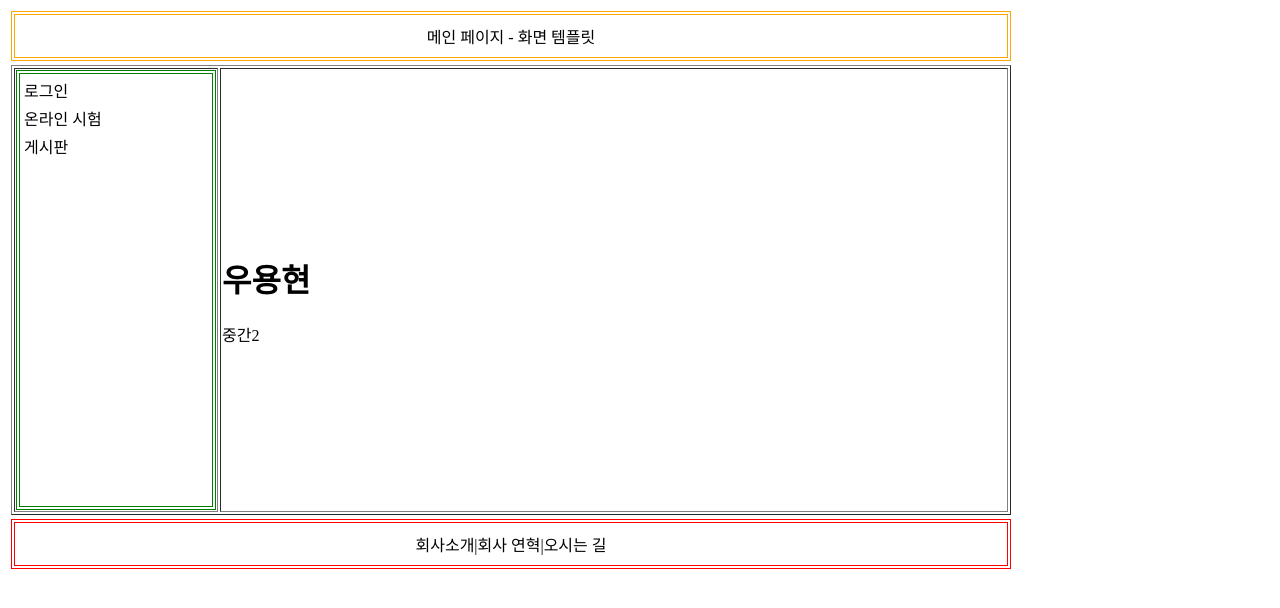
Repository: ikobean/ikoebean
Page: http://localhost/dev_jsp/ch07/index.jsp
An editor plug-in stored every save of this project. The page is shown before and after the next save, followed by the edit.
The browser window is 1280 px wide. The pictures show the whole page.
The page is served by Tomcat 9. Other server files are loaded and not shown.

Above is the page before, as saved 2019-07-17 02:39:09.

### workspace_jsp/dev_jsp/WebContent/ch07/index.jsp
<%@ page language="java" contentType="text/html; charset=UTF-8"
    pageEncoding="UTF-8"%>
<!DOCTYPE html>
<html>
<head>
<meta charset="UTF-8">
<title>Insert title here</title>
</head>
<body>
<table border=0 width="1000" height="500">
<!-- top 영억 -->
	<tr>
	<td height="50" >

	<jsp:include page="top.jsp" flush="false"/></td>
	</tr>
<!-- body 영억 -->
	<tr>
		<td>
			<table border=1 width="1000" height="400">
				<tr>
<!-- menu 영억 -->
					<td width="200" >
					<jsp:include page="menu.jsp" flush="false"/>

					</td>
<!-- main 영억 -->
					<td>
					<jsp:include page="main.jsp" flush="false"/>
						중간2
					</td>
				</tr>

			</table>
		</td>
	</tr>
<!-- bottom 영억 -->
	<tr>
		<td height="50">
		<jsp:include page="bottom.jsp" flush="false"/>

		</td>
	</tr>
</table>
</body>
</html>

### workspace_jsp/dev_jsp/WebContent/ch07/top.jsp
<%@ page language="java" contentType="text/html; charset=UTF-8"
    pageEncoding="UTF-8"%>
<!DOCTYPE html>
<html>
<head>
<meta charset="UTF-8">
<title>index.jsp페이지에 삽입되므로 title은 보이지 않음.</title>
</head>
<body>

<!-- index.jsp top영역에서 width와 height을 상수로 처리했으므로 %로 처리하면 됨. -->
<table width="100%" height="100%" borderColor="orange" border="1">
	<tr>
		<td align="center">	메인 페이지 - 화면 템플릿 </td>
	</tr>
</table>
</body>
</html>

### workspace_jsp/dev_jsp/WebContent/ch07/menu.jsp
<%@ page language="java" contentType="text/html; charset=UTF-8"
    pageEncoding="UTF-8"%>
<!DOCTYPE html>
<html>
<head>
<meta charset="UTF-8">
<title>Insert title here</title>
</head>
<body>
<table width="100%" height="100%" borderColor="green" border="1">
	<tr>
		<td align="left" valign="top">
		<table>
			<tr><td height="20px" onclick=>로그인</td></tr>
			<tr><td height="20px">온라인 시험</td></tr>
			<tr><td height="20px">게시판</td></tr>
			<tr><td height="340px">&nbsp;</td></tr>

		</table>


</table>
</body>
</html>

### workspace_jsp/dev_jsp/WebContent/ch07/main.jsp
<%@ page language="java" contentType="text/html; charset=UTF-8"
    pageEncoding="UTF-8"%>
<!DOCTYPE html>
<html>
<head>
<meta charset="UTF-8">
<title>Insert title here</title>
</head>
<body>
<h1>우용현</h1>

</body>
</html>

### workspace_jsp/dev_jsp/WebContent/ch07/bottom.jsp
<%@ page language="java" contentType="text/html; charset=UTF-8"
    pageEncoding="UTF-8"%>
<!DOCTYPE html>
<html>
<head>
<meta charset="UTF-8">
<title>Insert title here</title>
</head>
<body>

<table width="100%" height="100%" borderColor="red" border="1">
	<tr>
		<td align="center">	회사소개|회사 연혁|오시는 길 </td>
	</tr>
</table>
</body>
</html>

After the next save:
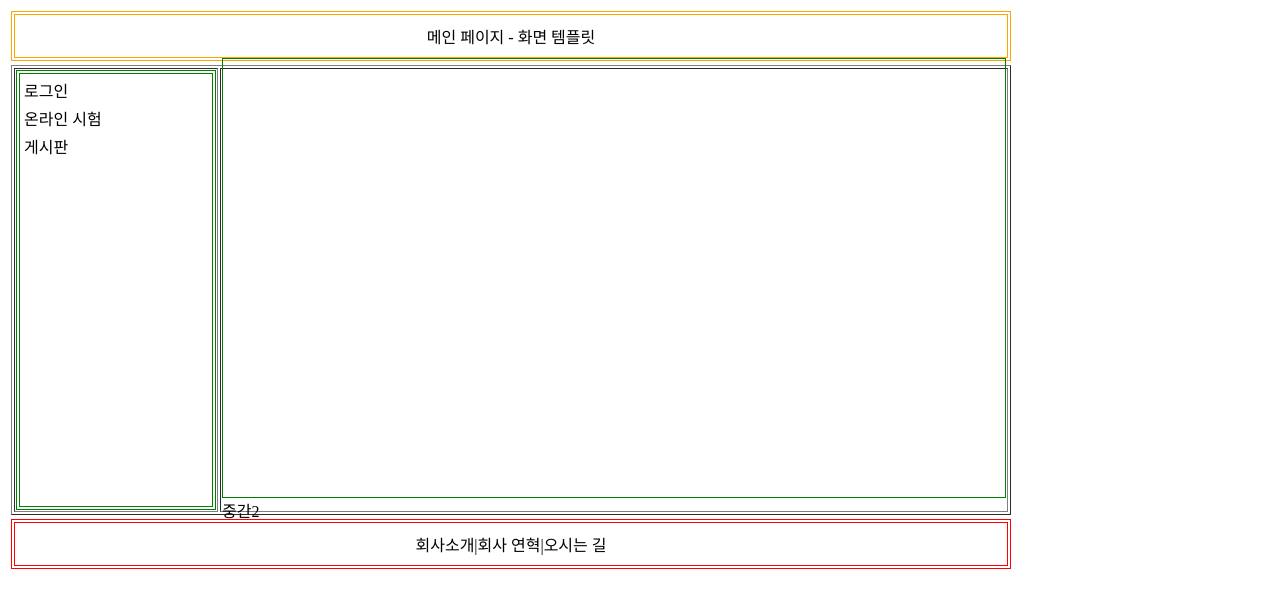
Saved 24 s later.
--- a/workspace_jsp/dev_jsp/WebContent/ch07/main.jsp
+++ b/workspace_jsp/dev_jsp/WebContent/ch07/main.jsp
@@ -7,7 +7,8 @@
 <title>Insert title here</title>
 </head>
 <body>
-<h1>우용현</h1>
+<table width="100%" height="100%" borderColor="green" border="1">
+</table>
 
 </body>
 </html>
